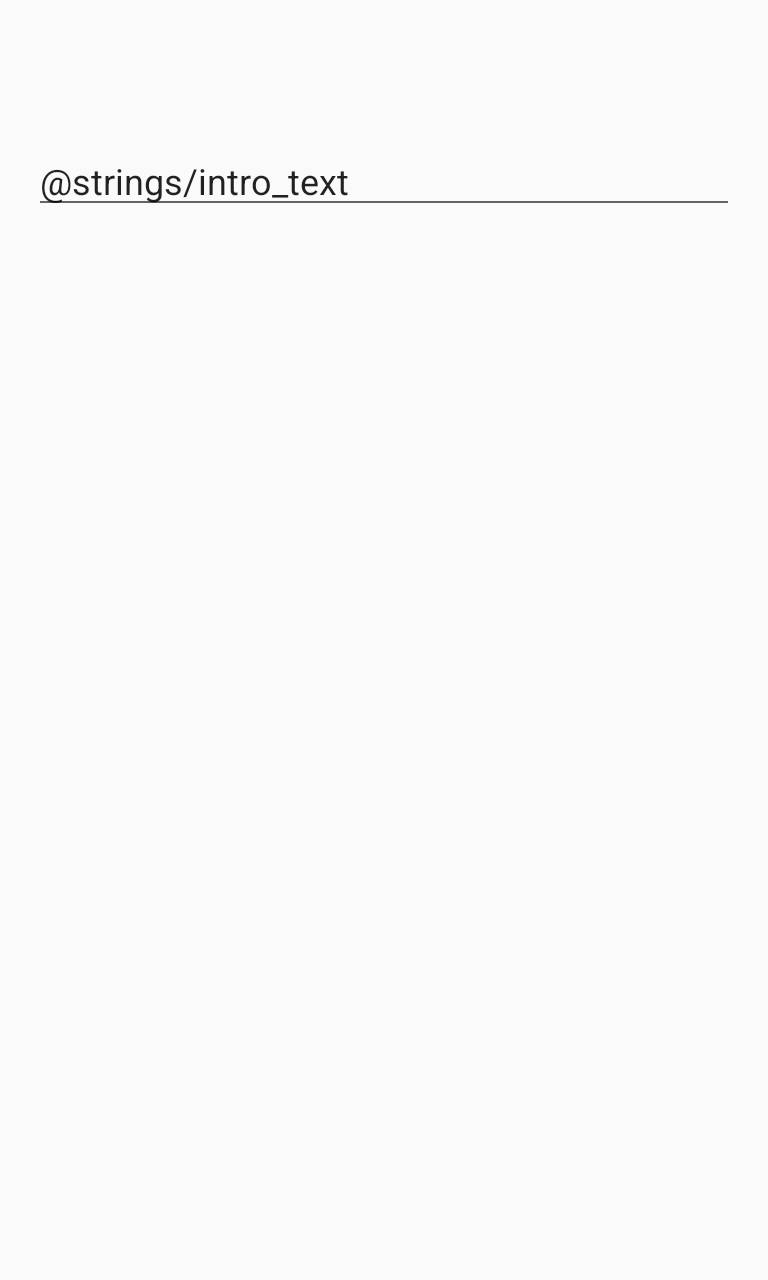
Repository: gitvas/FewMinutesEveryday
Layout: WorkspaceOne/FewMinutesEveryday/res/layout/activity_main.xml
The author's editor kept a copy of each file at every save. The layout is drawn from the files as they stood at one save, then again after the next save.
It is drawn on a 768 x 1280 px phone screen (xhdpi) without system bars, with theme AppTheme; the app's code is not run.

Above is the layout before, as saved 2014-08-18 16:12:20.

### WorkspaceOne/FewMinutesEveryday/res/layout/activity_main.xml
<RelativeLayout xmlns:android="http://schemas.android.com/apk/res/android"
    xmlns:tools="http://schemas.android.com/tools"
    android:layout_width="match_parent"
    android:layout_height="match_parent"
    android:paddingBottom="@dimen/activity_vertical_margin"
    android:paddingLeft="@dimen/activity_horizontal_margin"
    android:paddingRight="@dimen/activity_horizontal_margin"
    android:paddingTop="@dimen/activity_vertical_margin"
    tools:context="com.sreenivas.fewminuteseveryday.MainActivity" >

    <EditText
        android:id="@+id/editText1"
        android:layout_width="fill_parent"
        android:layout_height="wrap_content"
        android:layout_alignParentTop="true"
        android:layout_centerHorizontal="true"
        android:layout_marginTop="52dp"
        android:ems="10"
        android:inputType="textMultiLine"
        android:text="@strings/intro_text" />

</RelativeLayout>

### WorkspaceOne/FewMinutesEveryday/res/values/strings.xml
<?xml version="1.0" encoding="utf-8"?>
<resources>

    <string name="app_name">FewMinutesEveryday</string>
    <string name="action_settings">Settings</string>
    <string name="intro_text">Hi Shiva. I have been especially built to make you start your day with awesome strength and super joy. My developer has vested in me that responsibility and customized me to talk to go and talk to some of my friends on the internet and bring you some cool jokes, awesome photos and inspiring quotes. Please do spend your few minutes every start of your day to see what I bring for you and return me the favor with your cheers. The more cheers, the more meaning in my purpose for existence. And since the sole purpose of my birth was to commemoate your birthday, here are my digital wishes - &quot;Happy Birthday&quot;. This is applicable only for the day you receive me. Sadly my creator didn\'t care to feed me the logic to remember your birthdate. Please anticipate it in my 2.0 version. Have a great day ahead!!!</string>

</resources>

Loaded but not shown: WorkspaceOne/FewMinutesEveryday/res/values/styles.xml (common file); WorkspaceOne/FewMinutesEveryday/res/values-v11/styles.xml (common file); WorkspaceOne/FewMinutesEveryday/res/values-v14/styles.xml (common file); WorkspaceOne/FewMinutesEveryday/res/values/dimens.xml (common file); WorkspaceOne/FewMinutesEveryday/res/values-w820dp/dimens.xml (common file)

After the next save:
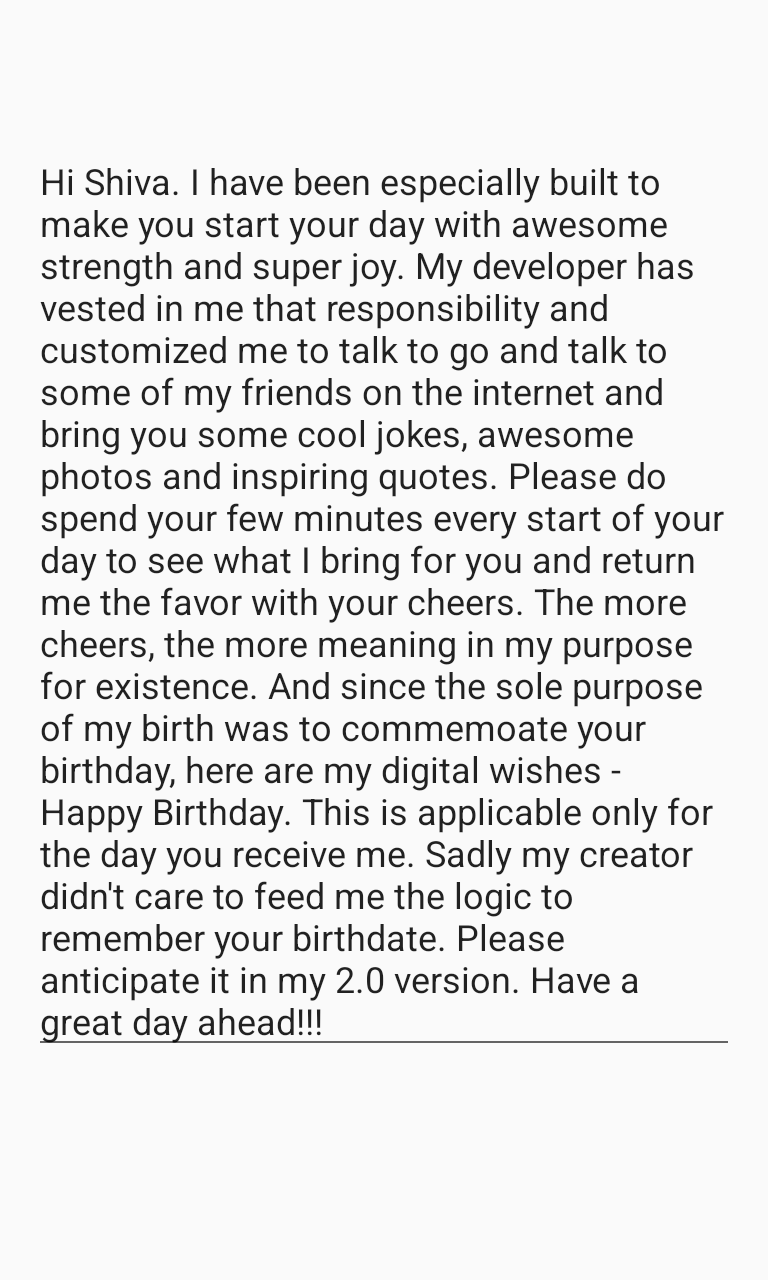
Saved 60 s later.
--- a/WorkspaceOne/FewMinutesEveryday/res/layout/activity_main.xml
+++ b/WorkspaceOne/FewMinutesEveryday/res/layout/activity_main.xml
@@ -17,6 +17,6 @@
         android:layout_marginTop="52dp"
         android:ems="10"
         android:inputType="textMultiLine"
-        android:text="@strings/intro_text" />
+        android:text="@string/intro_text" />
 
 </RelativeLayout>
